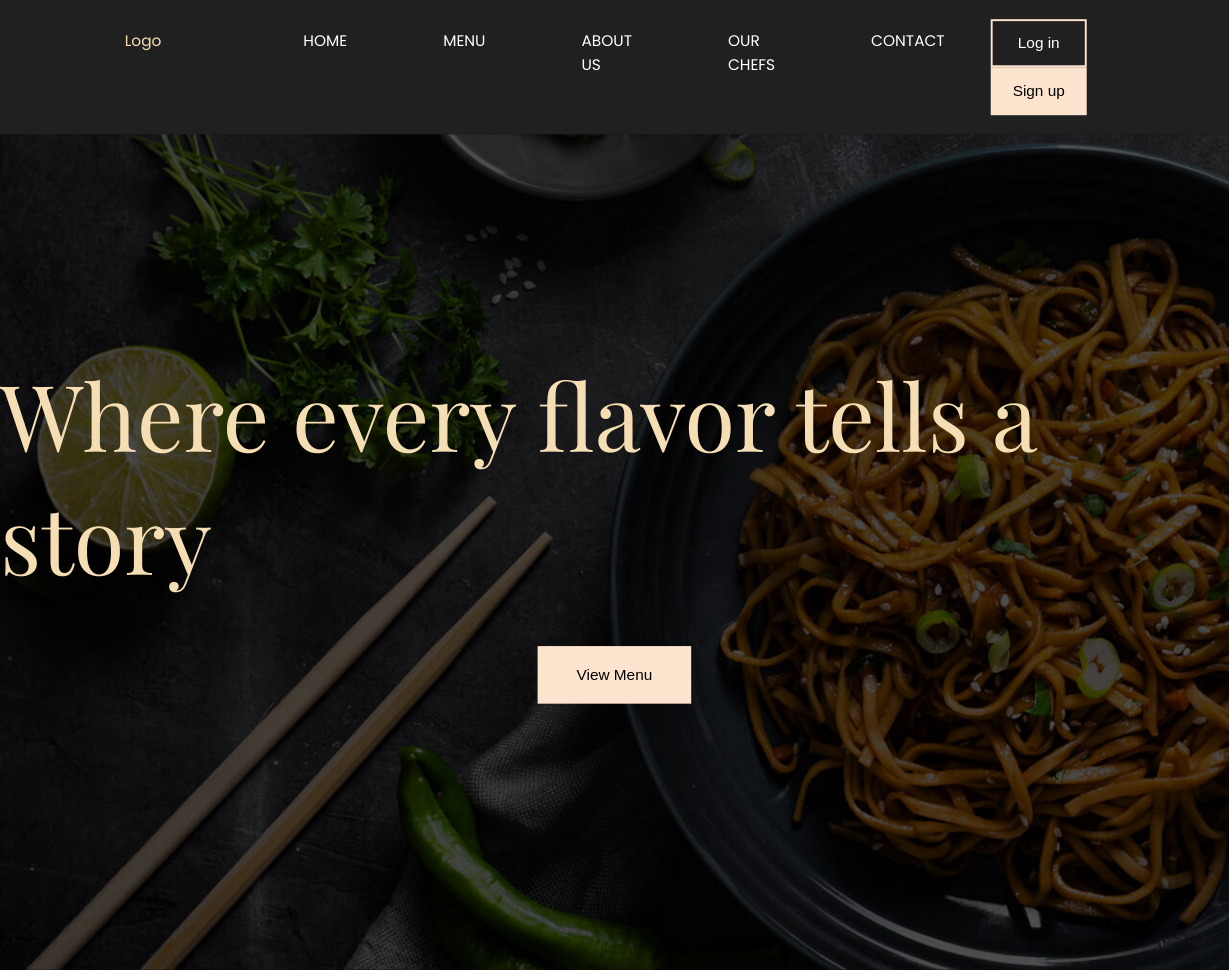
Repository: ThisIsSahaj/NSP
Page: index.html
The author's editor kept a copy of each file at every save. The page is drawn from the files as they stood at one save, then again after the next save.
The browser window is 1280 px wide. The pictures show the whole page, at 96% of full size.

Above is the page before, as saved 2023-11-06 14:07:50.

After the next save:
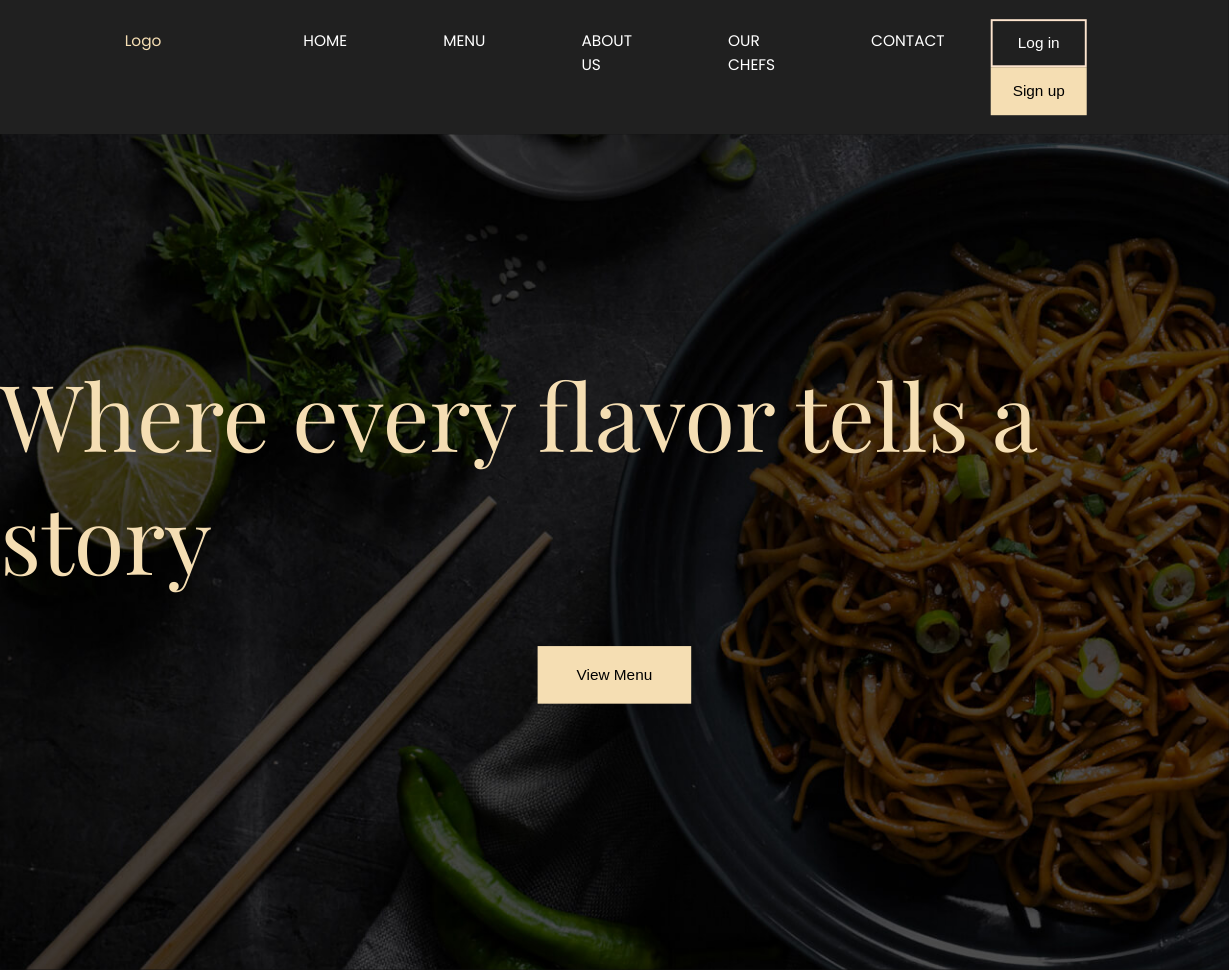
Saved 19 s later.
--- a/style.css
+++ b/style.css
@@ -94,7 +94,7 @@ button {
     width: 100px;
     margin: 0px 10px;
     /* border-radius: 50px; */
-    background-color: #fde4ce;
+    background-color: wheat;
     font-size: 16px;
     cursor: pointer;
 }
